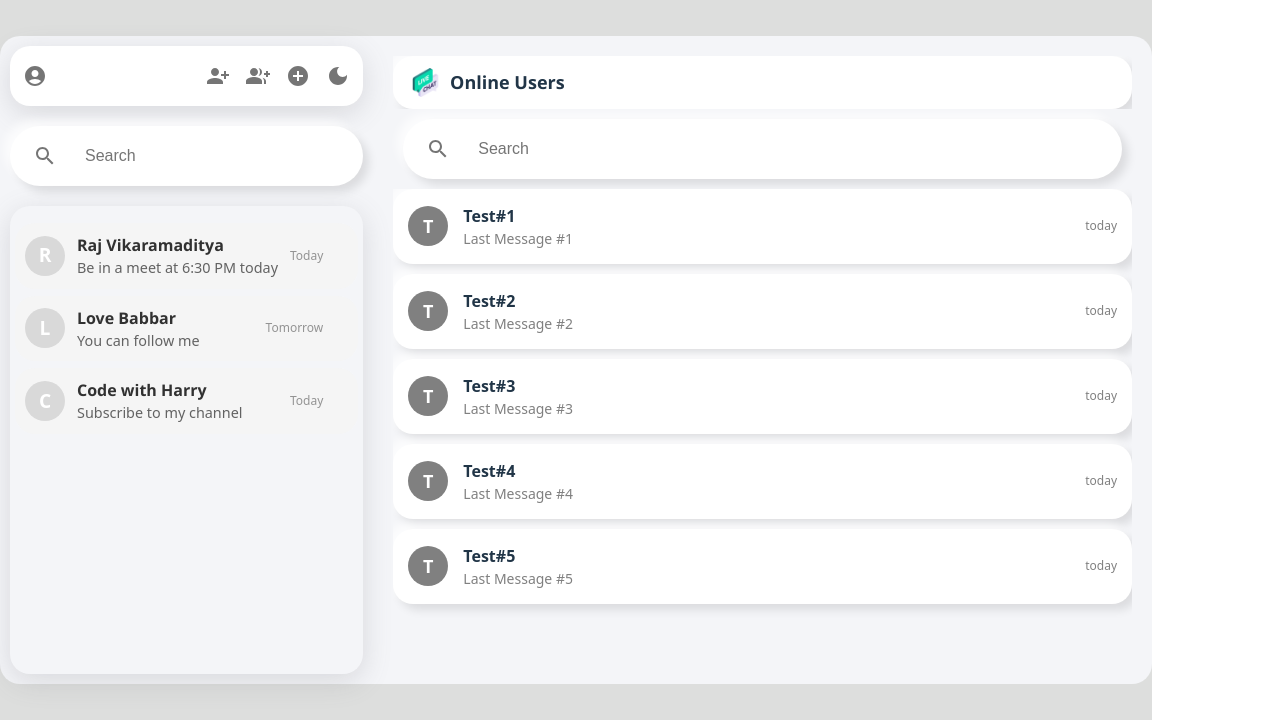
Repository: rahul-chakradhari/chat_app
Page: /app/users
An editor plug-in stored every save of this project. The page is shown before and after the next save, followed by the edit.
The browser window is 1280 px wide. The pictures show the whole page.
The project was rebuilt for these pictures with package versions that can differ from the ones it lists, and the page was loaded fresh each time. Also part of the build but not shown: vite.config.js, src/components/Login.jsx, src/components/Messagebyme.jsx, src/components/Messagebyothers.jsx, src/components/Chatarea.jsx, src/components/Welcome.jsx, src/components/Creategroups.jsx, src/components/Groups.jsx.

Above is the page before, as saved 2025-03-03 16:39:47.

### index.html
<!DOCTYPE html>
<html lang="en">
  <head>
    <meta charset="UTF-8" />
    <link rel="icon" href="./live-chat.png" />

    <meta name="viewport" content="width=device-width, initial-scale=1.0" />
    <title>Vite + React</title>
  </head>
  <body>
    <div id="root"></div>
    <script type="module" src="/src/main.jsx"></script>
  </body>
</html>

### src/main.jsx
import { StrictMode } from "react";
import { createRoot } from "react-dom/client";
import "./index.css";
import App from "./App.jsx";
import { BrowserRouter } from "react-router-dom";
import { Provider } from "react-redux";
import { store } from "./components/features/store.js";
createRoot(document.getElementById("root")).render(
  <StrictMode>
    <BrowserRouter>
      <Provider store={store}>
        <App />
      </Provider>
    </BrowserRouter>
  </StrictMode>
);

### src/App.jsx
import { Route, Routes } from "react-router-dom";
import "./App.css";
import Login from "./components/Login";
import Maincontainer from "./components/Maincontainer";
import Welcome from "./components/Welcome";
import Chatarea from "./components/Chatarea";
import Users from "./components/Users";
import Creategroups from "./components/Creategroups";
import Groups from "./components/Groups";

function App() {
  return (
    <div className="App">
      <Routes>
        <Route path="/" element={<Login />} />
        <Route path="app" element={<Maincontainer />}>
          <Route path="welcome" element={<Welcome />} />
          <Route path="chat" element={<Chatarea />} />
          <Route path="users" element={<Users />} />
          <Route path="groups" element={<Groups />} />

          <Route path="creategroups" element={<Creategroups />} />
        </Route>
      </Routes>
    </div>
  );
}

export default App;

### src/components/features/store.js
import { configureStore } from "@reduxjs/toolkit";
import themeSliceReducer from "./themeSlice";
export const store = configureStore({
  reducer: {
    theme: themeSliceReducer,
  },
});

### src/App.css
* {
  margin: 0;
}
.App {
  background-color: #dddedd;
  min-height: 100vh;
  display: flex;
  justify-content: center;
  align-items: center;
}

### src/components/Maincontainer.jsx
import "./Mystyles.css";
import Sidebar from "./Sidebar";
import Chatarea from "./Chatarea";
import Welcome from "./Welcome";
import Creategroups from "./Creategroups";
import Users from "./Users";
import { Outlet } from "react-router-dom";

const Maincontainer = () => {
  return (
    <div className="main">
      <Sidebar />
      {/* <Outlet />*/}
      {/*<Creategroups />*/}
      {/*<Welcome />*/}
      {/*<Chatarea />*/}
      {<Users />}
    </div>
  );
};

export default Maincontainer;

### src/components/Users.jsx
import "./myStyles.css";
import { useState } from "react";
import SearchIcon from "@mui/icons-material/Search";
import { IconButton } from "@mui/material";
import logo from "./images/live-chat.png";
import { useSelector } from "react-redux"; // ✅ Fix added: Redux selector import

const Users = () => {
  const lighttheme = useSelector((state) => state.theme.isLightTheme); // ✅ Fix added: Theme state access

  const [conversations, setConversations] = useState([
    {
      id: 1,
      name: "Test#1",
      lastMessage: "Last Message #1",
      timeStamp: "today",
    },
    {
      id: 2,
      name: "Test#2",
      lastMessage: "Last Message #2",
      timeStamp: "today",
    },
    {
      id: 3,
      name: "Test#3",
      lastMessage: "Last Message #3",
      timeStamp: "today",
    },
    {
      id: 4,
      name: "Test#4",
      lastMessage: "Last Message #4",
      timeStamp: "today",
    },
    {
      id: 5,
      name: "Test#5",
      lastMessage: "Last Message #5",
      timeStamp: "today",
    },
  ]);

  return (
    <div className="list">
      {" "}
      {/* ✅ Fix applied: Theme class added */}
      {/* Online Users Box */}
      <div className={`headerlist ${lighttheme ? "" : "dark"}`}>
        {" "}
        {/* ✅ Fix applied */}
        <div className={`header-box ${lighttheme ? "" : "dark"}`}>
          <img src={logo} alt="logo" className="logo-img" />
          <p className="ugtitle">Online Users</p>
        </div>
      </div>
      {/* Search Box */}
      <div className="search">
        <IconButton>
          <SearchIcon />
        </IconButton>
        <input placeholder="Search" className="box" />
      </div>
      {/* User List */}
      <div className="uglist">
        {conversations.map((user) => (
          <div key={user.id} className="listitem">
            <div className="user-icon">{user.name.charAt(0)}</div>
            <div className="user-info">
              <p className="username">{user.name}</p>
              <p className="last-message">{user.lastMessage}</p>
            </div>
            <p className="timestamp">{user.timeStamp}</p>
          </div>
        ))}
      </div>
    </div>
  );
};

export default Users;

### src/components/features/themeSlice.js
import { createSlice } from "@reduxjs/toolkit";

const themeSlice = createSlice({
  name: "theme",
  initialState: { isLightTheme: true }, // ✅ Object me wrap karna better hai
  reducers: {
    toggleTheme: (state) => {
      state.isLightTheme = !state.isLightTheme; // ✅ Correct way (mutating)
    },
  },
});

export const { toggleTheme } = themeSlice.actions;
export default themeSlice.reducer;

### src/components/Mystyles.css
.main {
  background-color: #f4f5f8;
  height: 90vh;
  width: 90vw;
  display: flex;
  border-radius: 20px;
}
.side {
  flex: 0.3;
  display: flex;
  flex-direction: column;
}
.chat {
  background-color: aliceblue;
  flex: 0.7;
}
.headers {
  background-color: white;
  border-radius: 20px;
  padding: 10px 5px;
  margin: 10px;
  display: flex;
  justify-content: space-between;
  box-shadow: rgba(100, 100, 111, 0.2) 0px 7px 29px 0px;
}

.search {
  background-color: white;
  border-radius: 20px;
  padding: 10px 10px;
  margin: 10px;
  display: flex;
  align-items: center;
  box-shadow: rgba(100, 100, 111, 0.2) 0px 7px 29px 0px;
}
.box {
  outline-width: 0;
  border: none;
  font-size: 1.25rem;
  margin-left: 10px;
}
.conver {
  background-color: white;
  border-radius: 20px;
  padding: 10px 5px;
  margin: 10px;
  flex: 1;
}
.conversation {
  border-radius: 20px;
  margin: 10px 5px;
  flex: 1;
  margin-right: 10px;
  margin-left: 10px;
  padding: 10px 5px;
  box-shadow: rgba(100, 100, 111, 0.2) 0px 7px 29px 0px;
}
.conversationitem,
.listtem {
  display: flex;
  align-items: center; /* Items ko vertical center align karega */
  gap: 12px; /* Icon aur text ke beech gap */
  padding: 10px;
  margin: 3px;
  transition-duration: 0.5s;
  margin-left: 0px;
  border-radius: 20px;
  margin-right: auto;
  margin-top: 7px;
  background-color: #f5f5f5; /* Light background */
  width: 100%;
  width: calc(100% - 20px);
  overflow: hidden; /* Extra content hide */
  white-space: nowrap; /* Ek hi line me rahe */
  text-overflow: ellipsis; /* Overflow hone par "..." dikhe */
}
.conversationitem {
  cursor: pointer;
}
.conversationitem:hover {
  background-color: #d9d9d9;
}
.conversationitem:active {
  background-color: white;
}
.conversationitem::-webkit-scrollbar {
  display: none;
}

.icon {
  display: flex;
  justify-content: center;
  align-items: center;
  background-color: #d9d9d9;
  font-size: 1.2rem;
  font-weight: bold;
  color: white;
  height: 40px;
  width: 40px;
  border-radius: 50%;
  flex-shrink: 0; /* Icon ka size maintain rahega */
}

.conversation-text {
  display: flex;
  flex-direction: column;
  flex-grow: 1; /* Ye ensure karega ki text area full width le */
}

.title {
  font-weight: bold;
  font-size: 1rem;
  color: rgba(0, 0, 0, 0.8);
  font-family: "Segoe UI", Tahoma, Geneva, Verdana, sans-serif;
}

.message {
  font-size: 0.9rem;
  color: rgba(0, 0, 0, 0.6);
}

.time {
  margin-right: 25px;
  font-size: 0.75rem;
  color: rgba(0, 0, 0, 0.4);
  flex-shrink: 0; /* Time ka size fix rahe */
}
.chat {
  display: flex;
  flex-direction: column;
  flex: 0.7;
}
.chattingwith {
  background-color: green;
}
.mess {
  background-color: aquamarine;
  flex-grow: 1;
  box-shadow: rgba(100, 100, 111, 0.2) 0px 7px 29px 0px;
}
.inputbox {
  background-color: green;
  box-shadow: rgba(100, 100, 111, 0.2) 0px 7px 29px 0px;
}
.trash {
  color: black;
}
.chat {
  display: flex;
  flex-direction: column;
  flex: 0.7;
  overflow: visible;
  background: #f8f9fa; /* Light grey */
}

.chat-header {
  position: relative;
  display: flex;
  justify-content: space-between;
  align-items: center;
  padding: 10px;
  margin-top: 4px;
  border-radius: 20px;
  background: white;
  border-bottom: 1px solid #ddd;
  box-shadow: rgba(50, 50, 93, 0.25) 0px 6px 12px -2px,
    rgba(0, 0, 0, 0.3) 0px 3px 7px -3px;
}
.avatar {
  border-color: #d9d9d9;
  color: white;
}
.chat-info {
  display: flex;
  align-items: center;
}

.chat-info .avatar {
  width: 40px;
  height: 40px;
  border-radius: 50%;
  background: #bbb;
  display: flex;
  justify-content: center;
  align-items: center;
  font-weight: bold;
  margin-right: 10px;
}

.trash {
  color: black;
}

.mess {
  flex-grow: 1;
  padding: 20px;
  background: #f5f5f5;
  border-radius: 20px;
}

.inputbox {
  padding: 10px;
  border-top: 1px solid #ddd;
  background: white;
  border-radius: 20px;
  margin-bottom: 6px;
}

.inputbox input {
  width: 100%;
  padding: 8px;
  border: none;
  outline: none;
}
.name-time {
  display: flex;
  flex-direction: column;
  align-items: flex-start; /* Left-align text properly */
}

.niche {
  font-size: 12px;
  color: gray;
  margin: 2px 0 0 3px;
  margin-top: 2px;
  margin-right: 12px;
  /* 👈 Adjust left margin properly */
  padding-right: 42px; /* 🔹 Slight padding for spacing */
}
.inputbox {
  display: flex;
  justify-content: center;
}
.othertextcontent,
.con-icon {
  width: 200px; /* Box ka width */
  height: auto; /* Height content ke according adjust hogi */
  font-size: 16px; /* Text size change karne ke liye */
  padding: 10px; /* Text aur border ke beech space ke liye */
  background-color: aquamarine; /* Light gray background */
  border-radius: 10px; /* Rounded corners */
  margin-left: 750px;
}
.othertextcontent {
  border-color: #f5f5f5;
}
.selfmessagecontainer {
  width: 200px; /* Box ka width */
  height: auto; /* Height content ke according adjust hogi */
  font-size: 16px; /* Text size change karne ke liye */
  padding: 10px; /* Text aur border ke beech space ke liye */
  background-color: lightsalmon; /* Light gray background */
  border-radius: 10px; /* Rounded corners */
}
.mess {
  height: 500px;
  overflow-y: auto;
  display: flex;
  flex-direction: column;
}
.mess::-webkit-scrollbar {
  display: none;
}

.welcome {
  min-height: 89vh;
  flex: 0.7;
  display: flex;
  flex-direction: column;
  justify-content: center;
  align-items: center;
  gap: 25px;
  font-family: "Segoe UI", Tahoma, Geneva, Verdana, sans-serif;
  color: rgba(0, 0, 0, 0.87);
  border-bottom: 2px solid #63d7b0;
  background-color: #ffffff;
  border-radius: 20px;
}

.logo {
  height: 15vw;
  margin-bottom: 10px;
}
.group {
  flex: 0.7;
  align-self: center;
  padding: 20px 10px;
  margin: 10px;
  background-color: white;
  border-radius: 20px;
  display: flex;
  justify-content: space-between;
}
.inputgroup {
  font-size: 18px;
  outline-width: 0;
  border: none;
}
.login {
  height: 90vh;
  width: 90vw;
  background-color: #f4f5f8;
  border-radius: 20px;
  display: flex;
}
.loginimage {
  flex: 0.3;
}
.loginbox {
  flex: 0.7;
  font-family: "Segoe UI", Tahoma, Geneva, Verdana, sans-serif;

  background-color: white;
  border-radius: 20px;
  margin: 10px;
  color: #63d7b0;
  font-weight: bolder;
  display: flex;
  justify-content: center;
  align-items: center;
  flex-direction: column;
  gap: 20px;
}
.loginlogo {
  height: 15vw;
  margin-top: 201px;
  margin-left: 75px;
}
.logintitle {
  font-size: 30px;
} /* Main List Container */
.list {
  padding: 20px;
  width: 100%;
}

/* Online Users Box */
.headerlist {
  display: flex;
  justify-content: center;
  margin-bottom: 10px;
  overflow: hidden;
}

.header-box {
  width: 100%; /* Adjust as needed */
  max-width: 1100px;
  background-color: white;
  box-sizing: border-box;
  border-radius: 20px;
  padding: 12px 18px;
  display: flex;
  align-items: center;
  gap: 10px;
  box-shadow: 6px 6px 10px rgba(0, 0, 0, 0.1),
    -6px -6px 10px rgba(255, 255, 255, 0.7);
}

.logo-img {
  width: 1.8rem;
  height: 1.8rem;
}

/* Search Box */
.search {
  background-color: white;
  border-radius: 30px;
  padding: 10px 15px;
  margin: 10px;
  display: flex;
  align-items: center;
  box-shadow: 6px 6px 10px rgba(0, 0, 0, 0.1),
    -6px -6px 10px rgba(255, 255, 255, 0.7);
}

.search .box {
  border: none;
  outline: none;
  font-size: 16px;
  flex: 1;
  padding-left: 10px;
}

/* User List */
.uglist {
  display: flex;
  flex-direction: column;
  gap: 10px;
  height: 500px; /* Fixed height for scroll */
  overflow-y: auto; /* Enable vertical scrolling */
}

.uglist::-webkit-scrollbar {
  display: none;
}
/* Individual User Item */
.listitem {
  display: flex;
  align-items: center;
  background-color: white;
  padding: 15px;
  border-radius: 20px;
  box-shadow: 6px 6px 10px rgba(0, 0, 0, 0.1),
    -6px -6px 10px rgba(255, 255, 255, 0.7);
  transition: transform 0.2s;
}

.listitem:hover {
  background-color: #968f8fc7;
}

.user-icon {
  background-color: gray;
  color: white;
  width: 40px;
  height: 40px;
  border-radius: 50%;
  display: flex;
  justify-content: center;
  align-items: center;
  font-size: 18px;
  font-weight: bold;
  margin-right: 15px;
}

.user-info {
  flex-grow: 1;
}

.username {
  font-weight: bold;
  font-size: 16px;
}

.last-message {
  font-size: 14px;
  color: gray;
}

.timestamp {
  font-size: 12px;
  color: gray;
}
.ugtitle {
  font-size: large;
  font-weight: 600;
  font-family: "Segoe UI", Tahoma, Geneva, Verdana, sans-serif;
}
.dark {
  background-color: #2d3941 !important;
  color: white !important;
}
.hii {
  width: 1.25em !important;
}
.dark svg {
  color: white !important;
}

### src/components/Sidebar.jsx
import { useState } from "react";
import AccountCircleIcon from "@mui/icons-material/AccountCircle";
import PersonAddAlt1Icon from "@mui/icons-material/PersonAddAlt1";
import GroupAddIcon from "@mui/icons-material/GroupAdd";
import AddCircleIcon from "@mui/icons-material/AddCircle";
import LightModeIcon from "@mui/icons-material/LightMode";
import DarkModeIcon from "@mui/icons-material/DarkMode";
import SearchIcon from "@mui/icons-material/Search";
import Conversationitem from "./Conversationitem";
import "./Mystyles.css";
import { IconButton } from "@mui/material";
import { useNavigate } from "react-router-dom";
import { useDispatch, useSelector } from "react-redux";
import { toggleTheme } from "./features/themeSlice";
import { useEffect } from "react";

const Sidebar = () => {
  const lighttheme = useSelector((state) => state.theme.isLightTheme);
  const dispatch = useDispatch();
  const navigate = useNavigate();

  const [conversations, setConversations] = useState([
    {
      id: 1,
      name: "Raj Vikaramaditya",
      lastMessage: "Be in a meet at 6:30 PM today",
      timeStamp: "Today",
    },
    {
      id: 2,
      name: "Love Babbar",
      lastMessage: "You can follow me",
      timeStamp: "Tomorrow",
    },
    {
      id: 3,
      name: "Code with Harry",
      lastMessage: "Subscribe to my channel",
      timeStamp: "Today",
    },
  ]);

  return (
    <div className="side">
      {/* Header Section */}
      <div className={`headers ${lighttheme ? "" : "dark"}`}>
        <div>
          <IconButton>
            <AccountCircleIcon />
          </IconButton>
        </div>
        <div>
          <IconButton onClick={() => navigate("users")}>
            <PersonAddAlt1Icon />
          </IconButton>
          <IconButton onClick={() => navigate("groups")}>
            <GroupAddIcon />
          </IconButton>
          <IconButton onClick={() => navigate("creategroups")}>
            <AddCircleIcon />
          </IconButton>
          <IconButton onClick={() => dispatch(toggleTheme())}>
            {lighttheme ? <DarkModeIcon /> : <LightModeIcon />}
          </IconButton>
        </div>
      </div>

      {/* Search Section */}
      <div className={`search ${lighttheme ? "" : "dark"}`}>
        <IconButton>
          <SearchIcon />
        </IconButton>
        <input
          placeholder="Search"
          className={`box ${lighttheme ? "" : "dark"}`}
        />
      </div>

      {/* Conversations Section */}
      <div className={`conversation ${lighttheme ? "" : "dark"}`}>
        {conversations.map((conversation) => (
          <Conversationitem key={conversation.id} {...conversation} />
        ))}
      </div>
    </div>
  );
};

export default Sidebar;

### src/components/Conversationitem.jsx
import { useNavigate } from "react-router-dom";

const Conversationitem = (props) => {
  const navigate = useNavigate();

  return (
    <div
      className="conversationitem"
      onClick={() => {
        navigate("chat");
      }}
    >
      <p className="icon">{props.name[0]}</p>
      <div className="conversation-text">
        <p className="title">{props.name}</p>
        <p className="message">{props.lastMessage}</p>
      </div>
      <p className="time">{props.timeStamp}</p>
    </div>
  );
};

export default Conversationitem;

Loaded but not shown: src/index.css (common file)

After the next save:
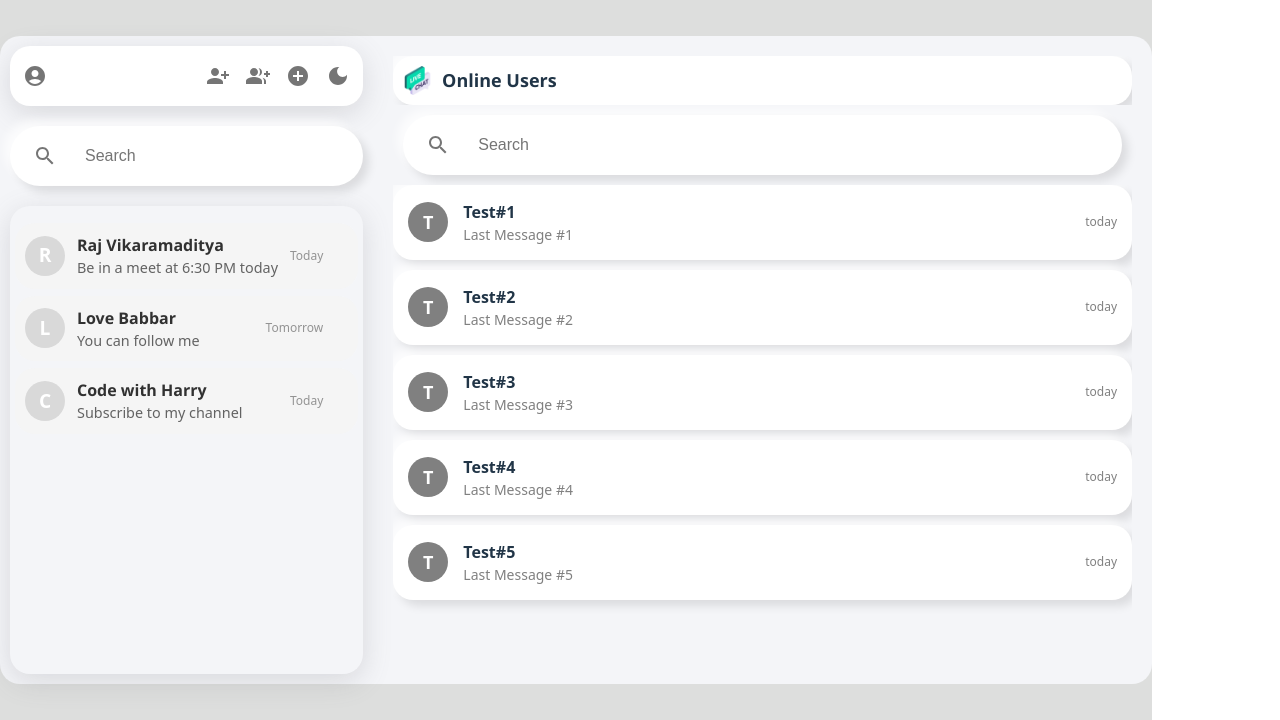
Saved 24 s later.
--- a/src/components/Mystyles.css
+++ b/src/components/Mystyles.css
@@ -351,6 +351,8 @@
   padding: 12px 18px;
   display: flex;
   align-items: center;
+  margin: 0;
+  padding: 10px;
   gap: 10px;
   box-shadow: 6px 6px 10px rgba(0, 0, 0, 0.1),
     -6px -6px 10px rgba(255, 255, 255, 0.7);
